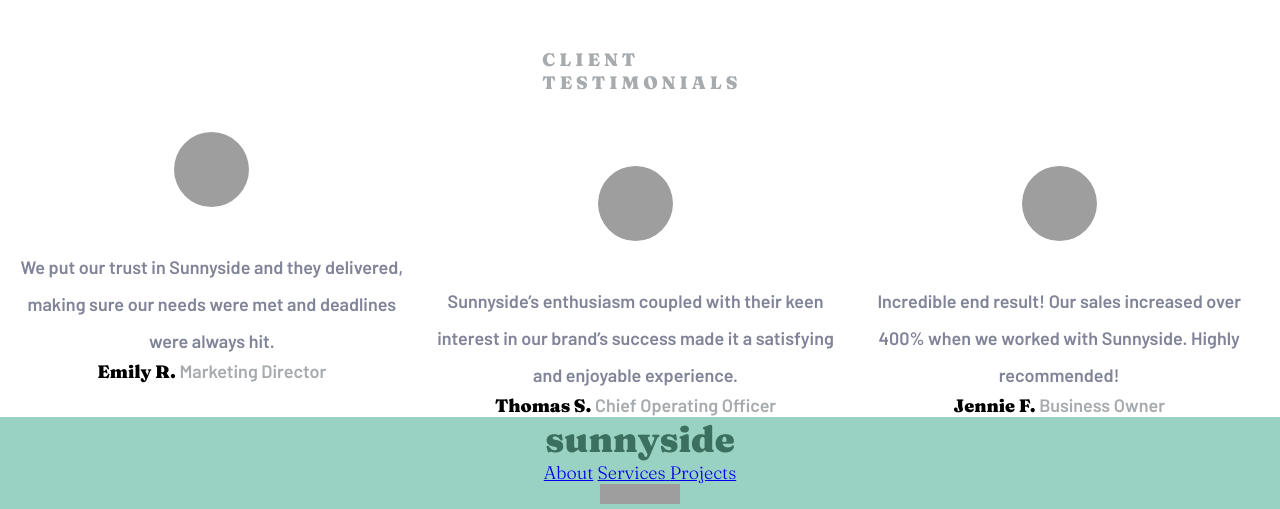
Repository: Roshanell/Sunny-Side-Agency
Page: index.html
These files come from the project's save history. The page is drawn as it stood at one moment and after a run of saves; the edit follows.
The browser window is 1280 px wide. The pictures show the part of the page from y = 2160 to 2669 px (the page is 2669 px tall).
Pictures or frames that could not be fetched are drawn as grey boxes. Some web libraries are served in a nearby version.

Above is the page before, as saved 2022-07-07 14:05:11.

### index.html
<!doctype html>
<html lang="en">

  <head>
    <meta charset="utf-8">
    <meta name="viewport" content="width=device-width, initial-scale=1">
    <title>Sunny Side Agency</title>
    <link href="https://fonts.googleapis.com/icon?family=Material+Icons" rel="stylesheet">
    <link rel="stylesheet" href="css/style.css">
    <link
      href="https://fonts.googleapis.com/css2?family=Barlow:wght@600&family=Fraunces:opsz,wght@9..144,300;9..144,700;9..144,900&display=swap"
      rel="stylesheet">
    <!-- <link rel="stylesheet" href="/css/normalize.css"> -->
    <script src="https://kit.fontawesome.com/48e7997292.js" crossorigin="anonymous"></script>
  </head>

  <body>
    <div class="container">
      <div class="homePage">
        <ul class="menu">
          <li><a class="menuItem" href="#">Home</a></li>
          <li><a class="menuItem" href="#">Profile</a></li>
          <li><a class="menuItem" href="#">About</a></li>
          <li><a class="menuItem" href="#">Contacts</a></li>
        </ul>
        <button class="hamburger">
          <i class="menuIcon material-icons">menu</i>
          <i class="closeIcon material-icons">close</i>
        </button>
        <div class="header">
          <h1>sunnyside</h1>
        </div>
        <div class="homeContent">
          <h2 class="homeSlogan">We are creatives</h2>
          <i class="fa-solid fa-arrow-down-long fa-4x"></i>

        </div>
      </div>

      <div class="eggArea">

      </div>

      <div class="aboutUsInfo" id="aboutUsInfo">
        <div class="infoContainer">
          <h3>
            Transform your brand
          </h3>
          <p>We are a full-service creative agenc grow fast. Engage your clients through
            compelling visuals that do most of the marketing for you. </p>
          <span><a href="#">Learn More</a></span>
        </div>
      </div>

      <div class="cupImage">
      </div>

      <div class="standOutInfo" id="standOutInfo">
        <div class="standOutContainer">
          <h3>Stand out to the right audience</h3>
          <p> Using a collaborative formula of designers, researchers,
            photographers,videographers, and copywriters, we’ll build and extend your brand in digital places. </p>

          <span class="learnMorePink"><a href="#">Learn More</a></span>
        </div>
      </div>
      <div class="graphicDesign">
        <div class="design-photography">
          <h3> Graphic Design</h3>
          <p class="pGraphics" id="pDesign">
            Great design makes you memorable. We deliver artwork that underscores your brand message and captures
            potential clients’ attention. </p>
        </div>
      </div>
      <div class="orangeImage">
        <div class="design-photography">
          <h3>Photography</h3>
          <p class="pGraphics"> Increase your credibility by getting the most stunning, high-quality photos that improve
            your business
            image. </p>
        </div>
      </div>
      <div class="testimonialOne">
        <h4>Client Testimonials</h4>
        <div class="user one"></div>
        <p class="review">We put our trust in Sunnyside and they delivered, making sure our needs were met and
          deadlines
          were always
          hit.</p>
        <span class="name">Emily R.</span>
        <span class="occupation">Marketing Director</span>
      </div>
      <div class="testimonialTwo">
        <div class="user two"></div>
        <p class="review">Sunnyside’s enthusiasm coupled with their keen interest in our brand’s success made it a
          satisfying and
          enjoyable experience.</p>
        <span class="name">Thomas S.</span>
        <span span class="occupation">Chief Operating Officer</span>
      </div>
      <div class="testimonialThree">
        <div class="user three"></div>
        <p class="review">Incredible end result! Our sales increased over 400% when we worked with Sunnyside. Highly
          recommended!</p>
        <span class="name">Jennie F.</span>
        <span span class="occupation">Business Owner</span>
      </div>
      <div class="fourImgs" id="fourImgs">
        <div class="imgOne">
        </div>
        <div class="imgTwo">
        </div>
        <div class="imgThree">
        </div>
        <div class="imgFour">
        </div>
      </div>

      <div class="footer">
        <h1>sunnyside</h1>
        <div class="moreInformation">
          <a href="index.html#aboutUsInfo"><span> About</span></a>
          <a href="index.html#standOutInfo"><span>Services</span> </a>
          <a href="index.html#fourImgs"><span>Projects</span></a>
        </div>
        <div class="socialMediaHandles">
          <div>
            <img src="https://i.imgur.com/uHHCF8A.png" alt="Facebook Icon" height="20px" width="20px">
          </div>
          <div>
            <img src="https://i.imgur.com/Fvw0N1c.png" alt="Instagram Icon" height="20px" width="20px">
          </div>
          <div>
            <img src="https://i.imgur.com/k39Bgoc.png" alt="Twitter Icon" height="20px" width="20px">
          </div>
          <div>
            <img src="https://i.imgur.com/JN1Rhal.png" alt="Pinterest Icon" height="20px" width="20px">
          </div>
        </div>
      </div>
    </div>

    <script src="main.js"></script>

  </body>

</html>

### css/style.css
/* Box Model Hack */
* {
  -moz-box-sizing: border-box;
}

/* Clear fix hack */
.clearfix:after {
  content: ".";
  display: block;
  clear: both;
  visibility: hidden;
  line-height: 0;
  height: 0;
}

.clear {
  clear: both;
}

/******************************************
/* BASE STYLES
/*******************************************/

body {
  font-size: 18px;
  font-family: "Barlow", sans-serif;
  text-align: center;
  margin: 0;
}
p {
  color: hsl(232, 10%, 55%);
  display: flex;
  justify-content: center;
  align-items: center;
  margin: 0 2%;
  line-height: 37px;
}

h1,
h2,
h3,
h4,
h5,
h6 {
  font-family: "Fraunces", serif;
  font-weight: 700;
}

h3 {
  margin-top: 10%;
  margin-bottom: 10%;
  font-size: 40px;
}

span a {
  color: black;
  text-decoration: underline yellow;
  text-decoration-thickness: 5px;
}

.learnMorePink a {
  text-decoration: underline hsl(7, 99%, 70%);
  text-decoration-thickness: 5px;
}
.learnMorePink {
  margin-top: 5%;
}
/* hamburger */

* {
  margin: 0;
  padding: 0;
  box-sizing: border-box;
}

.menuItem {
  display: block;
  margin: 2rem 4rem;
  font-size: 1.8rem;
  color: black;
  text-decoration: none;
  font-family: "Barlow", sans-serif;
  animation: fadeInUp 0.5s ease-in-out forwards;
}

.menuItem:hover {
  text-decoration: underline;
}

.hamburger {
  position: fixed;
  z-index: 100;
  top: 1rem;
  right: 1rem;
  padding: 4px;
  border: none;
  background: transparent;
  cursor: pointer;
  color: white;
}

.closeIcon {
  display: none;
}

.menu {
  position: fixed;
  transform: translateY(-100%);
  transition: transform 0.2s;
  top: 0;
  left: 0;
  right: 0;
  bottom: 40%;
  z-index: 99;
  width: 89%;
  margin-left: 5%;
  margin-top: 0%;
  background: white;
  color: black;
  list-style: none;
  padding-top: 4rem;
}

.showMenu {
  transform: translateY(0);
}

/* homepage */

.homePage {
  background-image: url("https://i.imgur.com/5owK20G.jpg");
  background-size: cover;
  height: 100vh;
  background-repeat: no-repeat;
}

.homeSlogan {
  color: white;
  font-size: 40px;
  text-transform: uppercase;
  letter-spacing: 5px;
}

.fa-solid {
  color: white;
}

.fa-arrow-down-long {
  margin-top: 10%;
}
/* About Us */
.aboutUsInfo {
  background-color: white;
}
.aboutUsInfo h3 {
  font-size: 40px;
}
/* testimonials */
/* user profile images */
.user {
  display: inline-block;
  width: 75px;
  height: 75px;
  border-radius: 50%;
  margin: 9%;
  background-repeat: no-repeat;
  background-position: center center;
  background-size: cover;
}

.one {
  background-image: url("https://i.imgur.com/0PxR98W.jpg");
}

.two {
  background-image: url("https://i.imgur.com/01xgLPA.jpg");
}

.three {
  background-image: url("https://i.imgur.com/YJGOYO1.jpg");
}

.testimonialOne h4 {
  text-transform: uppercase;
  color: hsl(210, 4%, 67%);
  letter-spacing: 4px;
  /* font-size: 100%; */
  margin-top: 10%;
  font-weight: 900;
}

.occupation {
  color: hsl(210, 4%, 67%);
  margin-bottom: 5%;
  margin-top: 5%;
}

.name {
  font-family: "Fraunces", serif;
  margin-top: 5%;
  font-weight: 900;
}

/* background Images */
.pGraphics {
  margin-bottom: 20%;
}

/* main information */
.cupImage {
  /* border: solid 1px pink; */
  /* height: 40vh; */
  grid-area: cupImage;
  background-image: url("https://i.imgur.com/TEIjlB8.jpg");
  background-size: cover;
  background-position: center;
}

.eggArea {
  /* border: solid 1px purple; */
  grid-area: eggArea;
  background-image: url("https://i.imgur.com/Ic0Kukn.jpg");
  /* height: 40vh; */
  background-size: cover;
  background-position: center;
}

/******************************************
/* LAYOUT
/*******************************************/

/******************************************
/* ADDITIONAL STYLES
/*******************************************/

@media all and (min-width: 1024px) and (max-width: 1480px) {
  .homePage,
  .homeContent {
    /* border: 1px solid black; */
  }

  .header h1 {
    color: white;
  }
  h3 {
    margin-bottom: 3%;
    font-size: 40px;
  }

  /* .menuItem{
    display: inline;
  } */
  .eggArea {
    /* border: 1px solid red; */
    background-image: url("https://i.imgur.com/ylwqnFI.jpg");
    height: 60vh;
    width: 50%;
    float: right;
  }
  .aboutUsInfo {
    /* border: 1px solid red; */
    height: 60vh;
    width: 49vw;
    float: left;
  }

  .infoContainer {
    margin: auto;
    width: 60%;

    text-align: justify;
  }

  .infoContainer h3 {
    text-align: left;
    width: 82%;
  }

  .cupImage {
    float: left;
    height: 60vh;
    width: 50%;
    background-image: url("https://i.imgur.com/9A6seJs.jpg");
    /* border: 1px solid red; */
  }
  .standOutInfo {
    float: right;
    height: 60vh;
    width: 47vw;
    /* border: 1px solid red; */
  }

  .standOutContainer {
    width: 70%;
    margin: auto;
    text-align: left;
  }
  .graphicDesign {
    background-image: url("https://i.imgur.com/ypGUgU9.jpg");
    float: left;
    height: 80vh;
    width: 50%;
    /* border: 1px solid green; */
    background-size: cover;
    color: hsl(167, 40%, 24%);
  }

  .orangeImage {
    float: right;
    background-image: url("https://i.imgur.com/RiEjNfa.jpg");
    height: 80vh;
    width: 50%;
    /* border: 1px solid blue; */
    background-size: cover;
  }
  .design-photography {
    margin: 20%;
    margin-top: 45%;
  }
  .reviewGroup {
    display: flex;
  }
  .testimonialOne {
    float: left;
    height: fit-content;
    width: 33.1%;
    margin-top: 10%;
    /* border: 1px solid pink; */
  }

  .testimonialOne h4 {
    margin-top: -19%;
    margin-left: 128%;
    text-align: center;
  }

  .testimonialTwo {
    float: left;
    height: fit-content;
    width: 33.1%;
    margin-top: 10%;
    /* border: 1px solid pink; */
  }

  .testimonialThree {
    float: left;
    height: fit-content;
    width: 33.1%;
    margin-top: 10%;
    /* border: 1px solid pink; */
  }

  .footer {
    float: left;
    width: 100%;
    font-family: "Fraunces", serif;
    background: #99d2c2;
    color: hsl(168, 34%, 41%);
    /* border: 1px solid pink; */
  }
  .footer h1 {
    color: #3b6f5f;
    font-weight: 900;
    font-family: "Fraunces", serif;
  }
  .moreInformation span a {
    display: flex;
    text-decoration: none;
  }

  .socialMediaHandles {
    display: flex;
    justify-content: center;
  }
  .pGraphics {
    color: hsl(167, 40%, 24%);
    font-weight: 700;
    font-size: 18px;
  }
  .orangeImage p,
  .orangeImage h3 {
    color: hsl(198, 62%, 26%);
  }
}

/* mobile view */

@media all and (min-width: 375px) and (max-width: 1023px) {
  .container {
    /* border: solid 1px blue; */
    display: grid;
    grid-template-columns: 1fr;
    grid-template-rows: 1.5fr 1fr 1fr 1fr 1fr 1.5fr 1.4fr 1fr 1fr 1fr 1fr;
    gap: 0px 0px;
    grid-auto-flow: column dense;
    grid-template-areas:
      "homePage"
      "eggArea"
      "aboutUsInfo"
      "cupImage"
      "standOutInfo"
      "graphicDesign"
      "orangeImage"
      "testimonialOne"
      "testimonialTwo"
      "testimonialThree"
      "fourImgs"
      "footer";
  }

  .homePage {
    background-image: url("https://i.imgur.com/HUEIjty.jpg");
    background-size: cover;
    /* height: 100vh; */
    background-repeat: no-repeat;
  }

  .homeSlogan {
    color: white;
    font-size: 40px;
    text-transform: uppercase;
    letter-spacing: 5px;
  }

  .fa-solid {
    color: white;
  }

  .fa-arrow-down-long {
    margin-top: 10%;
  }
  /* About Us */
  .aboutUsInfo {
    background-color: white;
  }
  .aboutUsInfo h3 {
    font-size: 40px;
  }
  /* testimonials */
  /* user profile images */
  .user {
    display: inline-block;
    width: 75px;
    height: 75px;
    border-radius: 50%;
    margin: 9%;
    background-repeat: no-repeat;
    background-position: center center;
    background-size: cover;
  }

  .one {
    background-image: url("https://i.imgur.com/0PxR98W.jpg");
  }

  .two {
    background-image: url("https://i.imgur.com/01xgLPA.jpg");
  }

  .three {
    background-image: url("https://i.imgur.com/YJGOYO1.jpg");
  }

  .testimonialOne h4 {
    text-transform: uppercase;
    color: hsl(210, 4%, 67%);
    letter-spacing: 4px;
    /* font-size: 100%; */
    margin-top: 10%;
    font-weight: 900;
  }

  .occupation {
    color: hsl(210, 4%, 67%);
    margin-bottom: 5%;
    margin-top: 5%;
  }

  .name {
    font-family: "Fraunces", serif;
    margin-top: 5%;
    font-weight: 900;
  }

  /* background Images */
  .pGraphics {
    margin-bottom: 20%;
  }

  /******************************************
  /* LAYOUT
  /*******************************************/
  .container {
    /* border: solid 1px blue; */
    display: grid;
    grid-template-columns: 1fr;
    grid-template-rows: 1.5fr 1fr 1fr 1fr 1fr 1.5fr 1.4fr 1fr 1fr 1fr 1fr;
    gap: 0px 0px;
    grid-auto-flow: column dense;
    grid-template-areas:
      "homePage"
      "eggArea"
      "aboutUsInfo"
      "cupImage"
      "standOutInfo"
      "graphicDesign"
      "orangeImage"
      "testimonialOne"
      "testimonialTwo"
      "testimonialThree"
      "fourImgs"
      "footer";
  }

  .homePage {
    /* border: solid 1px red; */
  }

  .header {
    display: flex;
    /* border: solid 1px orange; */
    grid-area: header;
    color: white;
    margin-left: 5%;
    margin-top: 2%;
  }

  .homeContent {
    /* border: solid 1px yellow; */
    grid-area: homeContent;
    margin-top: 15%;
  }

  .eggArea {
    /* border: solid 1px purple; */
    grid-area: eggArea;
    background-image: url("https://i.imgur.com/Ic0Kukn.jpg");
    /* height: 40vh; */
    background-size: cover;
    background-position: center;
  }

  .aboutUsInfo {
    /* border: solid 1px green; */
    /* height: 40vh; */
    grid-area: aboutUsInfo;
  }

  .cupImage {
    /* border: solid 1px pink; */
    /* height: 40vh; */
    grid-area: cupImage;
    background-image: url("https://i.imgur.com/TEIjlB8.jpg");
    background-size: cover;
    background-position: center;
  }

  .standOutInfo {
    /* border: solid 1px black; */
    grid-area: standOutInfo;
    display: flex;
    flex-direction: column;
    font-weight: 900;
    /* height: 40vh; */
  }

  .graphicDesign {
    /* border: solid 1px brown; */
    grid-area: graphicDesign;
    background-image: url("https://i.imgur.com/ceaL6cl.jpg");
    background-size: cover;
    display: flex;
    flex-direction: column;
    flex-wrap: nowrap;
    align-content: center;
    justify-content: flex-end;
    align-items: center;
    /* height: 40vh; */
  }

  .graphicDesign h3 {
    color: hsl(167, 40%, 24%);
    font-weight: 900;
  }
  #pDesign {
    color: hsl(167, 40%, 24%);
    font-weight: 700;
    font-size: 18px;
  }
  .orangeImage {
    /* border: solid 1px gray; */
    grid-area: orangeImage;
    background-image: url("https://i.imgur.com/5lTcoMD.jpg");
    background-size: cover;
    display: flex;
    flex-direction: column;
    flex-wrap: nowrap;
    align-content: center;
    justify-content: flex-end;
    align-items: center;
  }
  /* height: 40vh; */

  .orangeImage h3 {
    color: hsl(198, 62%, 26%);
  }
  .orangeImage p {
    color: hsl(198, 62%, 26%);
  }

  /* testimonials */

  .testimonialOne {
    /* border: solid 1px fuchsia; */
    grid-area: testimonialOne;
    /* height: 33vh; */
    display: flex;
    flex-direction: column;
    justify-content: center;
    align-items: center;
  }

  .testimonialThree {
    /* border: solid 1px lightblue; */
    grid-area: testimonialThree;
    display: flex;
    flex-direction: column;
    justify-content: center;
    align-items: center;
    /* height: 33vh; */
  }

  .testimonialTwo {
    /* border: solid 1px silver; */
    display: flex;
    flex-direction: column;
    justify-content: center;
    align-items: center;
    grid-area: testimonialTwo;

    /* height: 33vh; */
  }

  .fourImgs {
    /* border: solid 1px maroon; */
    display: grid;
    grid-template-columns: 1fr 1fr;
    grid-template-rows: 1fr 1fr;
    gap: 0px 0px;
    grid-template-areas:
      "imgOne imgThree"
      "imgTwo imgFour";
    grid-area: fourImgs;
    /* height: 40vh; */
  }

  .imgOne {
    /* border: solid 1px yellowgreen; */
    background-image: url("https://i.imgur.com/g7g3pHI.jpg");
    background-size: cover;
  }
  .imgTwo {
    /* border: solid 1px rgb(228, 122, 199); */
    background-image: url("https://i.imgur.com/xXvVali.jpg");
    background-size: cover;
  }
  .imgThree {
    /* border: solid 1px rgb(158, 207, 232); */
    background-image: url("https://i.imgur.com/w22eeJU.jpg");
    background-size: cover;
  }
  .imgFour {
    /* border: solid 1px rgb(205, 122, 50); */
    background-image: url("https://i.imgur.com/hMYShPr.jpg");
    background-size: cover;
  }

  .review {
    font-size: 20px;
  }
  /* Fix the footer */
  .footer {
    background: #99d2c2;
    color: hsl(168, 34%, 41%);
  }
  .footer h1 {
    color: #3b6f5f;
    font-weight: 900;
    font-family: "Fraunces", serif;
  }

  .moreInformation {
    display: flex;
    flex-direction: row;
    justify-content: space-evenly;
    margin: 10%;
  }

  .socialMediaHandles {
    width: 65%;
    display: flex;
    justify-content: space-around;
    margin: 20%;
  }

  .footer h1 {
    margin-top: 10%;
  }

  .moreInformation a {
    color: #3b6f5f;
    text-decoration: none;
  }
}

### main.js
const menu = document.querySelector(".menu");
const menuItems = document.querySelectorAll(".menuItem");
const hamburger = document.querySelector(".hamburger");
const closeIcon = document.querySelector(".closeIcon");
const menuIcon = document.querySelector(".menuIcon");

function toggleMenu() {
  if (menu.classList.contains("showMenu")) {
    menu.classList.remove("showMenu");
    closeIcon.style.display = "none";
    menuIcon.style.display = "block";
  } else {
    menu.classList.add("showMenu");
    closeIcon.style.display = "block";
    menuIcon.style.display = "none";
  }
}

hamburger.addEventListener("click", toggleMenu);

menuItems.forEach(function (menuItem) {
  menuItem.addEventListener("click", toggleMenu);
});

After the next 2 saves:
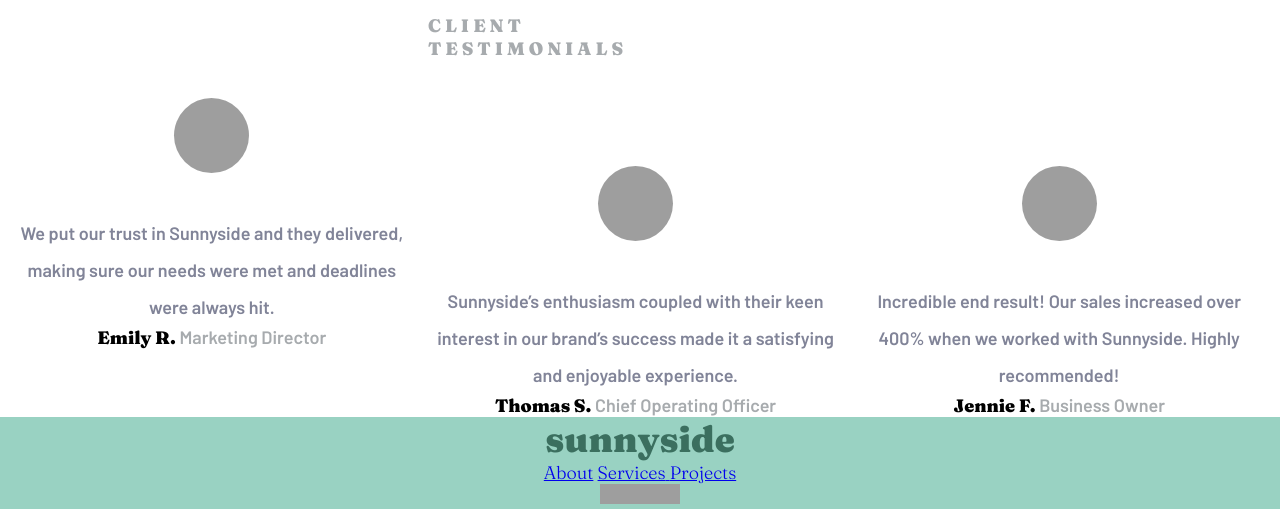
The 2 saves are shown as one change because they came seconds apart.
The last was saved 80 s later.
--- a/css/style.css
+++ b/css/style.css
@@ -329,8 +329,8 @@ span a {
   }
 
   .testimonialOne h4 {
-    margin-top: -19%;
-    margin-left: 128%;
+    margin-top: -27%;
+    margin-left: 101%;
     text-align: center;
   }
 
